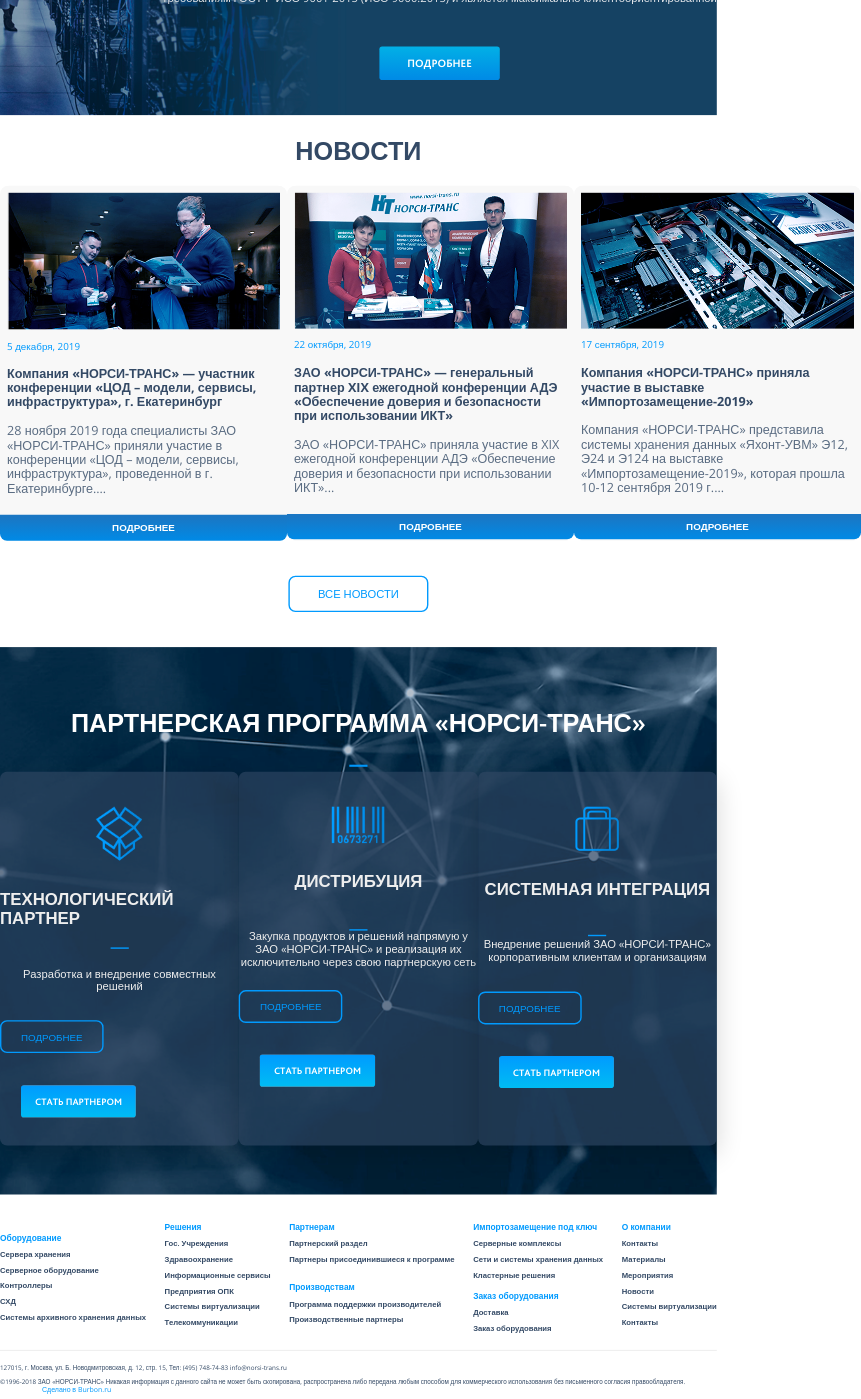
Repository: frostnn/testTaskBurbon
Page: app/index.html
These files come from the project's save history. The page is drawn as it stood at one moment and after the next save; the edit follows.
The browser window is 1024 px wide. The page is 1230 px wide, then 1200 px, so the pictures cover 1230 px, including what lies to the right of the window. The pictures show the part of the page from y = 1419 to 3419 px (the page is 3418 px tall before and 3419 px after), at 70% of full size.
The style sheet was rebuilt from its Sass, Less or Tailwind sources for each picture, by a compiler version that may differ from the author's.

Above is the page before, as saved 2020-07-16 10:05:30.

### app/index.html
<!DOCTYPE html>
<html lang="en">
<head>
  <meta charset="UTF-8">
  <meta name="viewport" content="width=device-width, initial-scale=1.0">
  <meta http-equiv="X-UA-Compatible" content="ie=edge">
  <link rel="stylesheet" href="css/style.min.css">
  <title>Test task</title>
</head>
<body>
  <div class="bg-test">
    <header class="header">
        <div class="header-logo">
          <img src="./img/NT_logo_color.png" alt="Логотип" class="header-logo__img">
        </div>
        <nav class="header-nav">
          <ul class="header-nav__list">
            <li class="header-nav__list-item">
              <a href="#" class="header-nav__list-link">оборудование</a>
            </li>
            <li class="header-nav__list-item">
              <a href="#" class="header-nav__list-link">решения</a>
            </li>
            <li class="header-nav__list-item">
              <a href="#" class="header-nav__list-link">партнерам</a>
            </li>
            <li class="header-nav__list-item">
              <a href="#" class="header-nav__list-link">производствам</a>
            </li>
            <li class="header-nav__list-item">
              <a href="#" class="header-nav__list-link">импортозамещение под ключ</a>
            </li>
            <li class="header-nav__list-item">
              <a href="#" class="header-nav__list-link">заказ оборудования</a>
            </li>
            <li class="header-nav__list-item">
              <a href="#" class="header-nav__list-link">о компании</a>
            </li>
          </ul>
        </nav>
        <div class="header-search">
          <img src="./img/search.png" alt="Поиск" class="header-search__img">
        </div>
    </header>
    <section class="slider">
      <div class="slider-block">
        <div class="slider-block__content">
          <h1 class="slider-block__content-title">Яхонт-увм э24</h1>
          <p class="slider-block__content-text">
            программно-аппаратный комплекс высокопроизводительной загрузки <br>
            и накопления массивов CDR/IPDR данных, выполнения задач<br>
            по их обработке
          </p>
          <a href="#" class="slider-block__content-link btn">Подробнее</a>
        </div>
        <div class="slider-block__content">
          <h1 class="slider-block__content-title">Яхонт-увм э24</h1>
          <p class="slider-block__content-text">
            программно-аппаратный комплекс высокопроизводительной загрузки <br>
            и накопления массивов CDR/IPDR данных, выполнения задач<br>
            по их обработке
          </p>
        <!--  <img src="./img/VPS.png" alt="" class="slider-block__content-img"> -->
          <a href="#" class="slider-block__content-link btn">Подробнее</a>
        </div>
        <div class="slider-block__content">
          <h1 class="slider-block__content-title">Яхонт-увм э24</h1>
          <p class="slider-block__content-text">
            программно-аппаратный комплекс высокопроизводительной загрузки <br>
            и накопления массивов CDR/IPDR данных, выполнения задач<br>
            по их обработке
          </p>
          <a href="#" class="slider-block__content-link btn">Подробнее</a>
        </div>
      </div>
    </section>
  </div>
  <section class="industries">
    <h2 class="industries-title">Наши отрасли</h2>
    <div class="industries-block">
      <div class="industries-block__content">
        <img src="./img/healths.png" alt="healths" class="industries-block__content-img">
        <h3 class="industries-block__content-title">Здравоохранение</h3>
        <p class="industries-block__content-text">
          Системы хранения данных. Интеграция
          в действующую ИКТ-структуру. Программно-аппаратный комплекс «Яхонт-ЭМК»,
          предназначенный для хранения и ведения медицинских интегрированных архивов
        </p>
        <a href="" class="industries-block__content-link">Подробнее</a>
      </div>
      <div class="industries-block__content">
        <img src="./img/gov.png" alt="government" class="industries-block__content-img">
        <h3 class="industries-block__content-title">Здравоохранение</h3>
        <p class="industries-block__content-text">
          Системы хранения данных. Интеграция
          в действующую ИКТ-структуру. Программно-аппаратный комплекс «Яхонт-ЭМК»,
          предназначенный для хранения и ведения медицинских интегрированных архивов
        </p>
        <a href="" class="industries-block__content-link">Подробнее</a>
      </div>
      <div class="industries-block__content">
        <img src="./img/telecom.png" alt="telecom" class="industries-block__content-img">
        <h3 class="industries-block__content-title">Здравоохранение</h3>
        <p class="industries-block__content-text">
          Системы хранения данных. Интеграция
          в действующую ИКТ-структуру. Программно-аппаратный комплекс «Яхонт-ЭМК»,
          предназначенный для хранения и ведения медицинских интегрированных архивов
        </p>
        <a href="" class="industries-block__content-link">Подробнее</a>
      </div>
      <div class="industries-block__content">
        <img src="./img/opk.png" alt="opk" class="industries-block__content-img">
        <h3 class="industries-block__content-title">Здравоохранение</h3>
        <p class="industries-block__content-text">
          Системы хранения данных. Интеграция
          в действующую ИКТ-структуру. Программно-аппаратный комплекс «Яхонт-ЭМК»,
          предназначенный для хранения и ведения медицинских интегрированных архивов
        </p>
        <a href="#" class="industries-block__content-link">Подробнее</a>
      </div>
    </div>
  </section>
  <main class="production">
    <div class="production-wrapper">
      <div class="production-block">
        <h2 class="production-block__title">Производственный комплекс</h2>
        <p class="production-block__text">
          Компания «НОРСИ-ТРАНС» осуществляет свою деятельность в соответствии с Уставом <br>
          и имеет все необходимые лицензии для разработки, производства и реализации технических средств.<br>
          Система менеджмента качества применительно к полному комплексу<br>
          строительно-монтажных услуг на объектах связи и оказанию <br>
          телекоммуникационных услуг компании «НОРСИ-ТРАНС» соответствует <br>
          требованиям ГОСТ Р ИСО 9001-2015 (ИСО 9000:2015) и является максимально клиентоориентированной
        </p>
        <a href="#" class="production-block__link btn">подробнее</a>
      </div>
    </div>
  </main>
  <section class="news">
    <h2 class="news-title">Новости</h2>
      <div class="news-block">
        <div class="news-block__content">
          <img src="./img/news_1.png" alt="news_img" class="news-block__content-img">
          <span class="news-block__content-date">5 декабря, 2019</span>
          <h4 class="news-block__content-title">
            Компания «НОРСИ-ТРАНС» — участник конференции «ЦОД – модели,
            сервисы, инфраструктура», г. Екатеринбург
          </h4>
          <p class="news-block__content-text">
            28 ноября 2019 года специалисты ЗАО «НОРСИ-ТРАНС»
            приняли участие в конференции «ЦОД – модели, сервисы,
            инфраструктура», проведенной в г. Екатеринбурге.…
          </p>
          <a href="#" class="news-block__content-link">Подробнее</a>
        </div>
          <div class="news-block__content">
            <img src="./img/news_2.png" alt="news_img" class="news-block__content-img">
            <span class="news-block__content-date">22 октября, 2019</span>
            <h4 class="news-block__content-title">
              ЗАО «НОРСИ-ТРАНС» — генеральный партнер XIX
              ежегодной конференции АДЭ «Обеспечение доверия
              и безопасности при использовании ИКТ»
            </h4>
            <p class="news-block__content-text">
              ЗАО «НОРСИ-ТРАНС» приняла участие в XIX ежегодной конференции
              АДЭ «Обеспечение доверия и безопасности при использовании ИКТ»...
            </p>
            <a href="#" class="news-block__content-link">Подробнее</a>
          </div>
          <div class="news-block__content">
            <img src="./img/news_3.png" alt="news_img" class="news-block__content-img">
            <span class="news-block__content-date">17 сентября, 2019</span>
            <h4 class="news-block__content-title">
              Компания «НОРСИ-ТРАНС» приняла участие
              в выставке «Импортозамещение-2019»
            </h4>
            <p class="news-block__content-text">
              Компания «НОРСИ-ТРАНС» представила системы хранения данных
              «Яхонт-УВМ» Э12, Э24 и Э124 на выставке «Импортозамещение-2019»,
              которая прошла 10-12 сентября 2019 г.…
            </p>
            <a href="#" class="news-block__content-link">Подробнее</a>
          </div>
      </div>
      <div class="btn-wrapper">
        <button class="news-btn">Все новости</button>
      </div>
  </section>
  <section class="program">
    <div class="program-wrapper">
      <h2 class="program-title">Партнерская программа «НОРСИ-ТРАНС» </h2>
      <div class="program-block__wrapper">
        <div class="program-block">
          <img src="./img/box.png" alt="box" class="program-block__img">
          <h5 class="program-block__title">Технологический партнер</h5>
          <p class="program-block__text">Разработка и внедрение совместных решений </p>
          <div class="program-block__btn">
            <a href="#" class="program-block__btn-link">подробнее</a>
            <button class="program-block__btn-btn btn">стать партнером</button>
          </div>
        </div>
        <div class="program-block">
          <img src="./img/code.png" alt="box" class="program-block__img">
          <h5 class="program-block__title">Дистрибуция</h5>
          <p class="program-block__text">
            Закупка продуктов и решений напрямую у ЗАО «НОРСИ-ТРАНС»
            и реализация их исключительно через свою партнерскую сеть
          </p>
          <div class="program-block__btn">
            <a href="#" class="program-block__btn-link">подробнее</a>
            <button class="program-block__btn-btn btn">стать партнером</button>
          </div>
        </div>
        <div class="program-block">
          <img src="./img/case.png" alt="box" class="program-block__img">
          <h5 class="program-block__title">Системная интеграция</h5>
          <p class="program-block__text">
            Внедрение решений ЗАО «НОРСИ-ТРАНС»
            корпоративным клиентам и организациям
          </p>
          <div class="program-block__btn">
            <a href="#" class="program-block__btn-link">подробнее</a>
            <button class="program-block__btn-btn btn">стать партнером</button>
          </div>
        </div>
      </div>
    </div>
  </section>
  <footer class="footer">
    <div class="footer-nav">
      <div class="equipment-block">
        <ul class="equipment-block__list">
          <li class="equipment-block__list-title">Оборудование</li>
          <li class="equipment-block__list-item"> <a href="#" class="equipment-block__item-link"> Сервера хранения</a></li>
          <li class="equipment-block__list-item"> <a href="#" class="equipment-block__item-link">Серверное оборудование</a></li>
          <li class="equipment-block__list-item"> <a href="#" class="equipment-block__item-link"> Контроллеры</a></li>
          <li class="equipment-block__list-item"> <a href="#" class="equipment-block__item-link">СХД</a></li>
          <li class="equipment-block__list-item"> <a href="#" class="equipment-block__item-link">Системы архивного хранения данных</a></li>
        </ul>
      </div>
      <div class="decisions-block">
        <ul class="decisions-block__list">
          <li class="decisions-block__list-title">Решения</li>
          <li class="decisions-block__list-item"> <a href="#" class="decisions-block__item-link"> Гос. Учреждения</a></li>
          <li class="decisions-block__list-item"> <a href="#" class="decisions-block__item-link">Здравоохранение</a></li>
          <li class="decisions-block__list-item"> <a href="#" class="decisions-block__item-link">Информационные сервисы</a></li>
          <li class="decisions-block__list-item"> <a href="#" class="decisions-block__item-link">Предприятия ОПК</a></li>
          <li class="decisions-block__list-item"> <a href="#" class="decisions-block__item-link">Системы виртуализации</a></li>
          <li class="decisions-block__list-item"> <a href="#" class="decisions-block__item-link">Телекоммуникации</a></li>
        </ul>
      </div>
      <div class="partners-block">
        <ul class="partners-block__list">
          <li class="partners-block__list-title">Партнерам</li>
          <li class="partners-block__list-item"> <a href="#" class="partners-block__item-link">Партнерский раздел</a></li>
          <li class="partners-block__list-item"> <a href="#" class="partners-block__item-link">Партнеры присоединившиеся к программе</a></li>
        </ul>
        <ul class="productions-block__list">
          <li class="productions-block__list-title">Производствам</li>
          <li class="productions-block__list-item"> <a href="#" class="productions-block__item-link">Программа поддержки производителей</a></li>
          <li class="productions-block__list-item"> <a href="#" class="productions-block__item-link">Производственные партнеры</a></li>
        </ul>
      </div>
      <div class="import-block">
        <ul class="import-block__list">
          <li class="import-block__list-title">Импортозамещение под ключ</li>
          <li class="import-block__list-item"> <a href="#" class="import-block__item-link"> Серверные комплексы</a></li>
          <li class="import-block__list-item"> <a href="#" class="import-block__item-link">Сети и системы хранения данных</a></li>
          <li class="import-block__list-item"> <a href="#" class="import-block__item-link">Кластерные решения</a></li>
        </ul>
        <ul class="equipment-block__list">
          <li class="equipment-block__list-title">Заказ оборудования</li>
          <li class="equipment-block__list-item"> <a href="#" class="equipment-block__item-link">Доставка</a></li>
          <li class="equipment-block__list-item"> <a href="#" class="equipment-block__item-link">Заказ оборудования</a></li>
        </ul>
      </div>
      <div class="nav-block">
        <ul class="nav-block__list">
          <li class="nav-block__list-title" >О компании</li>
          <li class="nav-block__list-item" > <a href="#" class="nav-block__item-link">Контакты</a></li>
          <li class="nav-block__list-item" > <a href="#" class="nav-block__item-link">Материалы</a></li>
          <li class="nav-block__list-item" > <a href="#" class="nav-block__item-link">Мероприятия</a></li>
          <li class="nav-block__list-item" > <a href="#" class="nav-block__item-link">Новости</a></li>
          <li class="nav-block__list-item" > <a href="#" class="nav-block__item-link">Системы виртуализации</a></li>
          <li class="nav-block__list-item" > <a href="#" class="nav-block__item-link">Контакты</a></li>
        </ul>
      </div>
    </div>
    <div class="subfooter">
      <p class="subfooter-contacts">
        127015, г. Москва, ул. Б. Новодмитровская,
        д. 12, стр. 15, Тел: <a href="tel:(495) 748-74-83" class="subfooter-contacts__link">(495) 748-74-83</a> <a href="mailto:info@norsi-trans.ru" class="subfooter-contacts__link">info@norsi-trans.ru</a>
      </p>
      <p class="subfooter-info">
        ©1996-2018 ЗАО «НОРСИ-ТРАНС» Никакая информация с данного сайта не может быть скопирована,
        распространена либо передана любым способом для коммерческого использования без письменного согласия правообладателя.
        <a href="https://burbon.ru/" class="subfooter-link">Сделано в Burbon.ru</a>
      </p>

    </div>
  </footer>
  <script src="https://ajax.googleapis.com/ajax/libs/jquery/3.4.1/jquery.min.js"></script>
  <script src="js/libs.min.js"></script>
  <script src="js/main.js"></script>
</body>
</html>

### app/scss/_vars.scss
$white: #fff;
$blue: #019afe;

### app/scss/_fonts.scss
@import url('https://fonts.googleapis.com/css2?family=Open+Sans:wght@300;400;600;700;800&display=swap');
@font-face {
  font-family: 'Bliss Pro Bold';
  src: url('../fonts/BlissPro-Bold.eot');
  src: url('../fonts/BlissPro-Bold.eot?#iefix') format('embedded-opentype'),
  url('../fonts/BlissPro-Bold.woff') format('woff'),
  url('../fonts/BlissPro-Bold.ttf') format('truetype');
  font-weight: normal;
  font-style: normal;
  }

### app/scss/_global.scss
html {
  box-sizing: border-box;
}
body {
  font-family: 'Open Sans', sans-serif;
}
*,
*::before,
*::after {

  box-sizing: inherit;
}
a {
  display: inline;
  text-decoration: none;
  color: #fff;
}
ul,
li {
  list-style: none;
  margin: 0;
  padding: 0;
}

### app/scss/_media.scss
@media (max-width: 1452px) {
  .footer,
  .news,
  .industries,
  .production-wrapper,
  .program-wrapper,
  .header,
  .slider {
    max-width: 1350px;
  }
  .header-nav__list {
    .header-nav__list-item {
      margin-right: 30px;
    }
    .header-nav__list-link {
      font-size: 12px;
    }
  }
  .slider-block__content-title {
    font-size: 42px;
  }
  .slider-block__content-text {
    font-size: 18px;
  }
  .industries-block__content {
    max-width: 320px;
    .industries-block__content-title {
      font-size: 16px;
    }
    .industries-block__content-text {
      font-size: 14px;
    }
    .industries-block__content-img {
      max-width: 320px;
    }
  }
  .production {
    background-position: center;
  }
  .news-block__content {
    max-width: 430px;
    .news-block__content-img {
      max-width: 420px;
    }
    .news-block__content-title {
      font-size: 18px;

    }
    .news-block__content-date {
      font-size: 14px;

    }
    .news-block__content-text {
      font-size: 18px;
    }
  }
  .program-block {
    width: 424px;
  }
  .program-block .program-block__btn-btn {
    padding: 15px 20px;
  }
  .program-block .program-block__btn-link {
    padding: 12px 28px;
  }
  .footer-nav {
    .equipment-block__list-title,
    .decisions-block__list-title,
    .partners-block__list-title,
    .productions-block__list-title,
    .import-block__list-title,
    .equipment-block__list-title,
    .nav-block__list-title {
      font-size: 12px;
    }
    a {
      font-size: 11px;
    }
  }
  .subfooter {
    .subfooter-contacts {
      font-size: 9px;
    }
    .subfooter-info{
      font-size: 9px;
    }
    .subfooter-link {
      font-size: 10px;
      margin-left: 60px;
    }
  }
}
@media (max-width: 1360px) {
  .footer,
  .news,
  .industries,
  .production-wrapper,
  .program-wrapper,
  .header,
  .slider {
    max-width: 1280px;
  }
  .industries-block__content {
    max-width: 300px;
    .industries-block__content-img {
      max-width: 300px;
    }
  }
  .news-block__content {
    max-width: 420px;
    .news-block__content-img {
      max-width: 410px;
    }
  }
  .program-block {
    width: 413px;
  }

}

@media (max-width: 1245px) {
  .footer,
  .news,
  .industries,
  .production-wrapper,
  .program-wrapper,
  .header,
  .slider {
    max-width: 1190px;
  }
  .industries-block__content {
    max-width: 300px;
    .industries-block__content-img {
      max-width: 300px;
    }
  }
  .news-block__content {
    max-width: 420px;
    .news-block__content-img {
      max-width: 410px;
    }
  }
  .program-block {
    width: 413px;
  }
  .header-nav__list {
    .header-nav__list-item {
      margin-right: 30px;
    }
    .header-nav__list-link {
      font-size: 10px;
    }
  }
}

Loaded but not shown: app/js/libs.min.js (library); app/js/main.js (5 lines, source omitted); app/scss/style.scss (456 lines, source omitted); app/scss/_libs.scss (469 lines, source omitted)

After the next save:
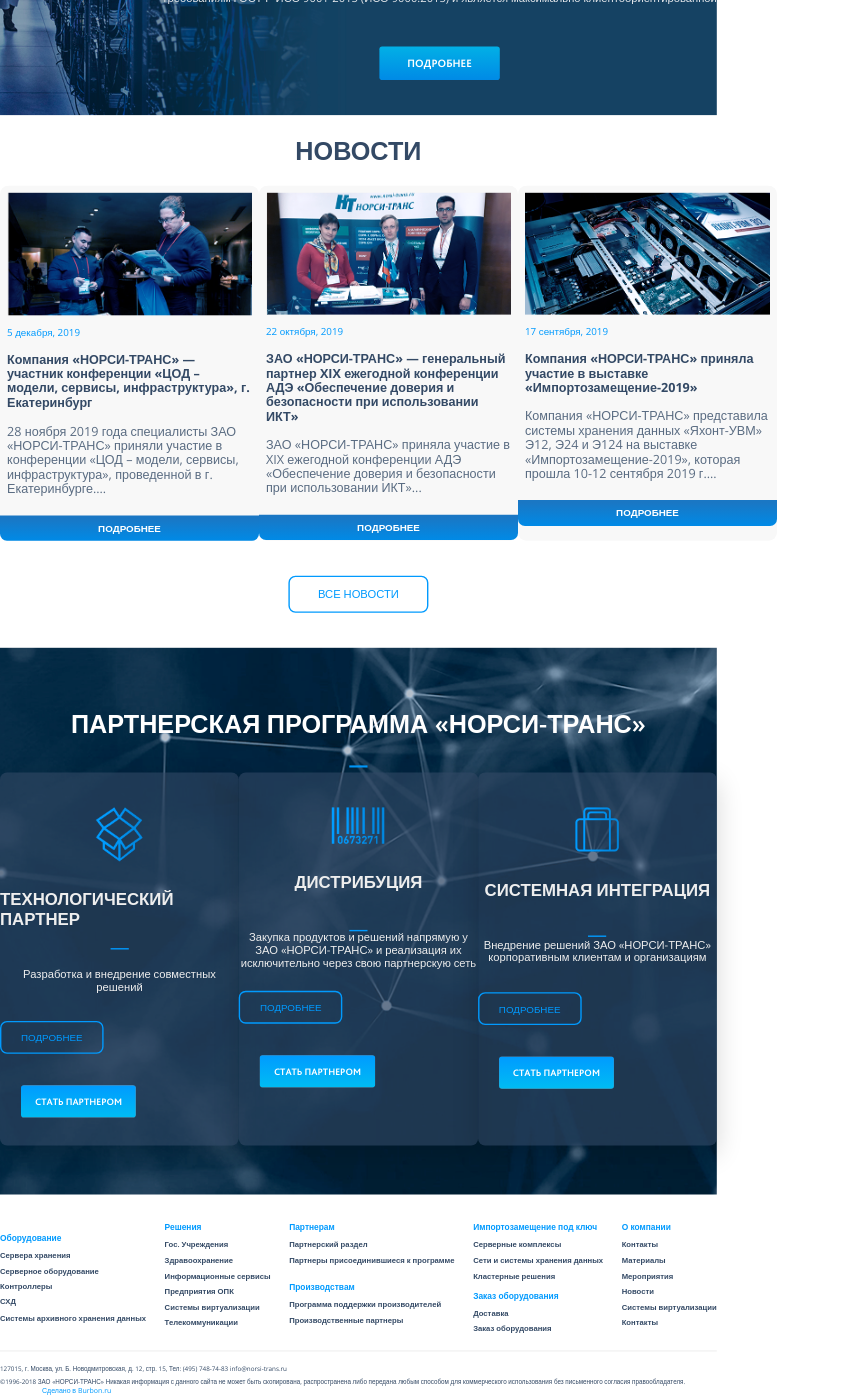
Saved 58 s later.
--- a/app/scss/_media.scss
+++ b/app/scss/_media.scss
@@ -135,9 +135,9 @@
     }
   }
   .news-block__content {
-    max-width: 420px;
+    max-width: 380px;
     .news-block__content-img {
-      max-width: 410px;
+      max-width: 370px;
     }
   }
   .program-block {
